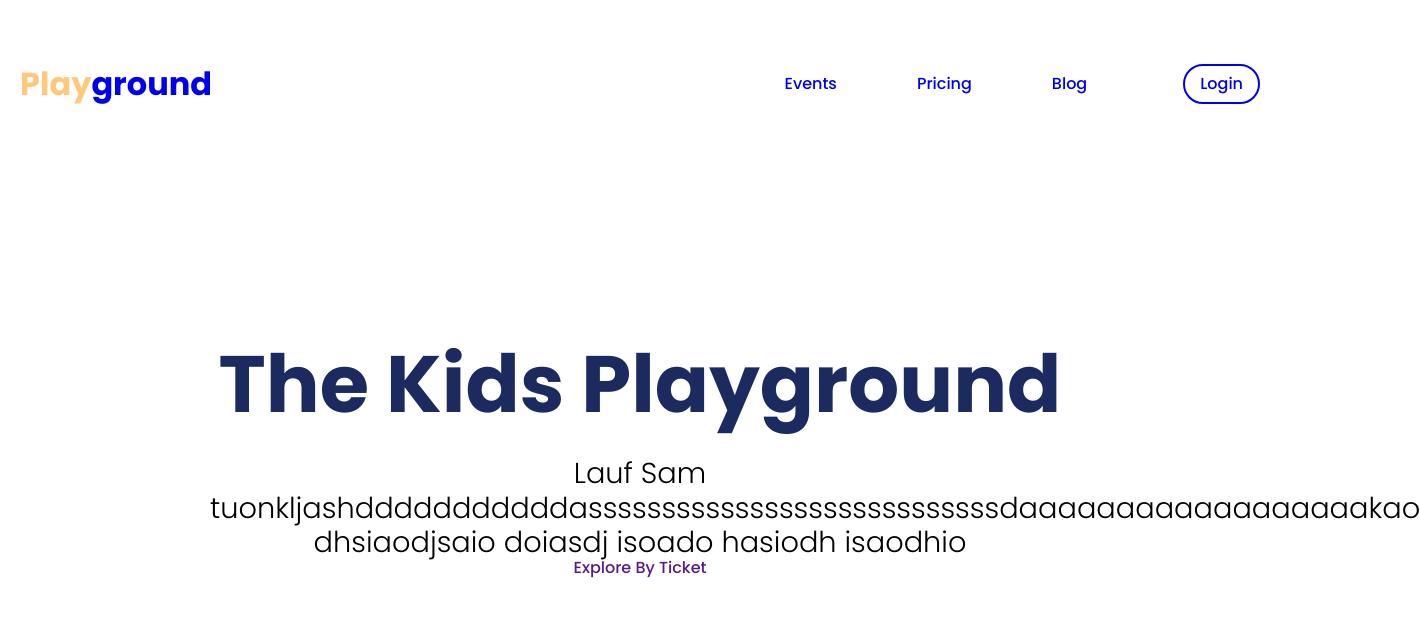
Repository: lausamtuong/Cut-psd-to-html
Page: index.html
An editor plug-in stored every save of this project. The page is shown before and after a run of saves, followed by the edit.
The browser window is 1280 px wide. The page is 1420 px wide, then 1280 px, then 1420 px, so the pictures cover 1420 px, including what lies to the right of the window. The pictures show the whole page.
The style sheet was rebuilt from its Sass, Less or Tailwind sources for each picture, by a compiler version that may differ from the author's.

Above is the page before, as saved 2021-12-06 15:40:30.

### index.html
<!DOCTYPE html>
<html lang="en">
<head>
    <meta charset="UTF-8">
    <meta http-equiv="X-UA-Compatible" content="IE=edge">
    <meta name="viewport" content="width=device-width, initial-scale=1.0">

    <title>Document</title>
    <link rel="stylesheet" href="style.css">
    <link rel="stylesheet" href="reset.css">
    <link href="https://fonts.googleapis.com/css2?family=Lato:ital,wght@1,700;1,900&family=Poppins:wght@300;500;700&display=swap" rel="stylesheet">

</head>
<body>
    <div class="wrapper">
        <header class="header">
            <div class="container header__iner">
                <a href="index.html" class="logo">
                    <span class="logo__text">Play</span>ground
                </a>
                <nav class="header__menu">
                    <ul class="header__menu-list">
                        <li class="header__menu-item">
                            <a href="#" class="header__menu-link">Events</a>
                        </li>
                        <li class="header__menu-item">
                            <a href="#" class="header__menu-link">Pricing</a>
                        </li>
                        <li class="header__menu-item">
                            <a href="#" class="header__menu-link">Blog</a>
                        </li>
                        <li class="header__menu-item">
                            <a href="#" class="header__menu-link header__menu-login">Login</a>
                        </li>
                    </ul>
                </nav>
            </div>
        </header>
        <section class="banner">
            <div class="container">
                <h1 class="banner__headding">
                    The Kids Playground
                </h1>
                <p class="banner__decs">Lauf Sam tuonkljashdddddddddddassssssssssssssssssssssssssssdaaaaaaaaaaaaaaaaaakao dhsiaodjsaio doiasdj isoado hasiodh isaodhio</p>
                <div class="banner__buttons">
                    <a href="" class="btn">Explore</a>
                    <a href="" class="btn">By Ticket</a>
                </div>
            </div>
        </section>
    </div>
</body>
</html>

### reset.css
/* http://meyerweb.com/eric/tools/css/reset/
   v2.0 | 20110126
   License: none (public domain)
*/

html, body, div, span, applet, object, iframe,
h1, h2, h3, h4, h5, h6, p, blockquote, pre,
a, abbr, acronym, address, big, cite, code,
del, dfn, em, img, ins, kbd, q, s, samp,
small, strike, strong, sub, sup, tt, var,
b, u, i, center,
dl, dt, dd, ol, ul, li,
fieldset, form, label, legend,
table, caption, tbody, tfoot, thead, tr, th, td,
article, aside, canvas, details, embed,
figure, figcaption, footer, header, hgroup,
menu, nav, output, ruby, section, summary,
time, mark, audio, video {
	margin: 0;
	padding: 0;
	border: 0;
	font-size: 100%;
	font: inherit;
	vertical-align: baseline;
    font-family: "Poppins",sans-serif;
}
/* HTML5 display-role reset for older browsers */
article, aside, details, figcaption, figure,
footer, header, hgroup, menu, nav, section {
	display: block;
}
body {
	line-height: 1;
}
ol, ul {
	list-style: none;
}
blockquote, q {
	quotes: none;
}
blockquote:before, blockquote:after,
q:before, q:after {
	content: '';
	content: none;
}
table {
	border-collapse: collapse;
	border-spacing: 0;
}

### style.scss
$primary-color:#ffc87a;
$text-color:#1b2b5f;
a{
    text-decoration: none;
}
.container{
    padding: 0 20px;
    max-width: 1500px;
    margin: 0 auto;

}
.header{
    padding-top: 4rem;
    &__iner{
        display: flex;
        justify-content:space-between;
        align-items: center;

    }
    &__menu{
        &-list{
        display: flex;
        align-items: center;
        }
        &-item{
            margin-left: 5rem;
            &:last-child{
                margin-left: 6rem;
            }
        }
        &-link{
            font-size: 16px;
            &:hover{
                color:$primary-color;
                transition:  0.3s linear;
            }
        }
        &-login{
            padding: 10px 15px;
            display:inline-block;
            border:2px solid;
            border-radius: 100rem;
        }
    }
}
.logo{
font-size: 2rem;
font-weight: 600;
&:focus{
    color: $text-color;
}
&__text{
    color:$primary-color
}
}
.banner{
    padding-top:15rem;
    max-width: 900px;
    margin: 0 auto;
    text-align: center;
    &__headding{
        font-size: 5rem;
        color:$text-color;
        font-weight: 900;
        margin-bottom: 2rem;

    }
    &__decs{
        font-size: 1.8rem;
        font-weight: 300;
        line-height: 1.2;
    }
}

After the next 2 saves:
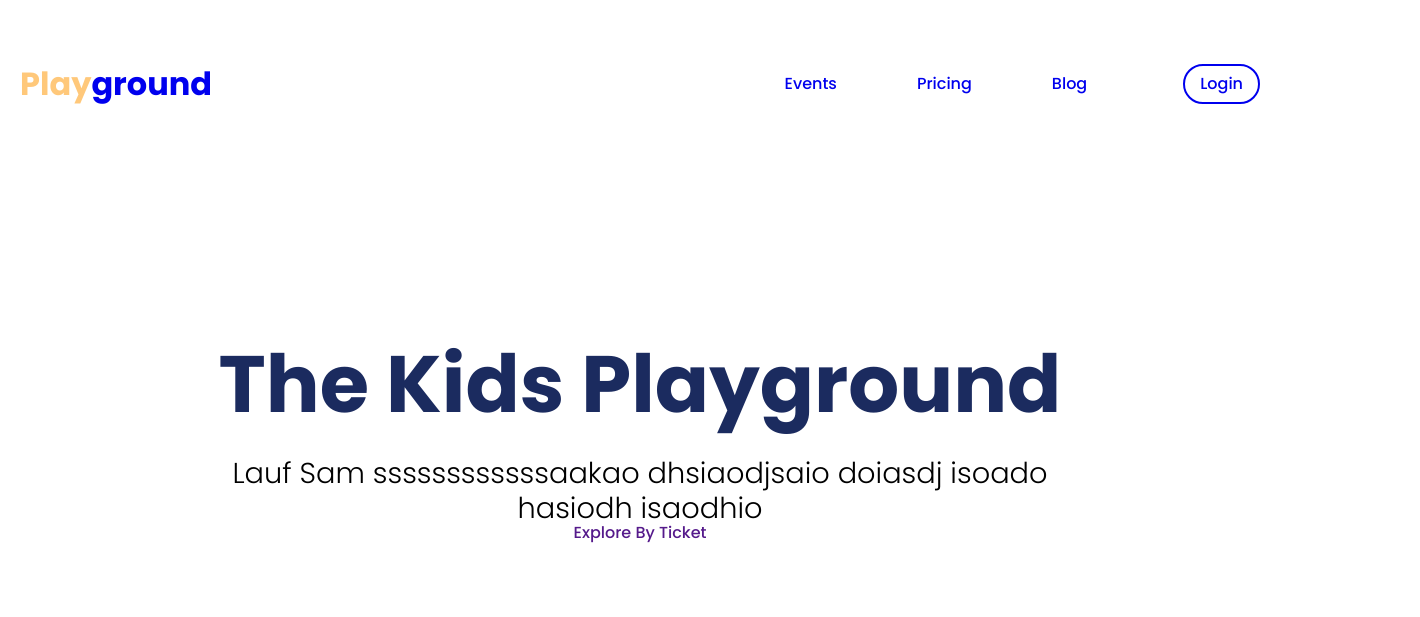
The 2 saves are shown as one change because they came seconds apart.
The last was saved 8 s later.
--- a/index.html
+++ b/index.html
@@ -41,7 +41,7 @@
                 <h1 class="banner__headding">
                     The Kids Playground
                 </h1>
-                <p class="banner__decs">Lauf Sam tuonkljashdddddddddddassssssssssssssssssssssssssssdaaaaaaaaaaaaaaaaaakao dhsiaodjsaio doiasdj isoado hasiodh isaodhio</p>
+                <p class="banner__decs">Lauf Sam ssssssssssssaakao dhsiaodjsaio doiasdj isoado hasiodh isaodhio</p>
                 <div class="banner__buttons">
                     <a href="" class="btn">Explore</a>
                     <a href="" class="btn">By Ticket</a>

After the save that followed:
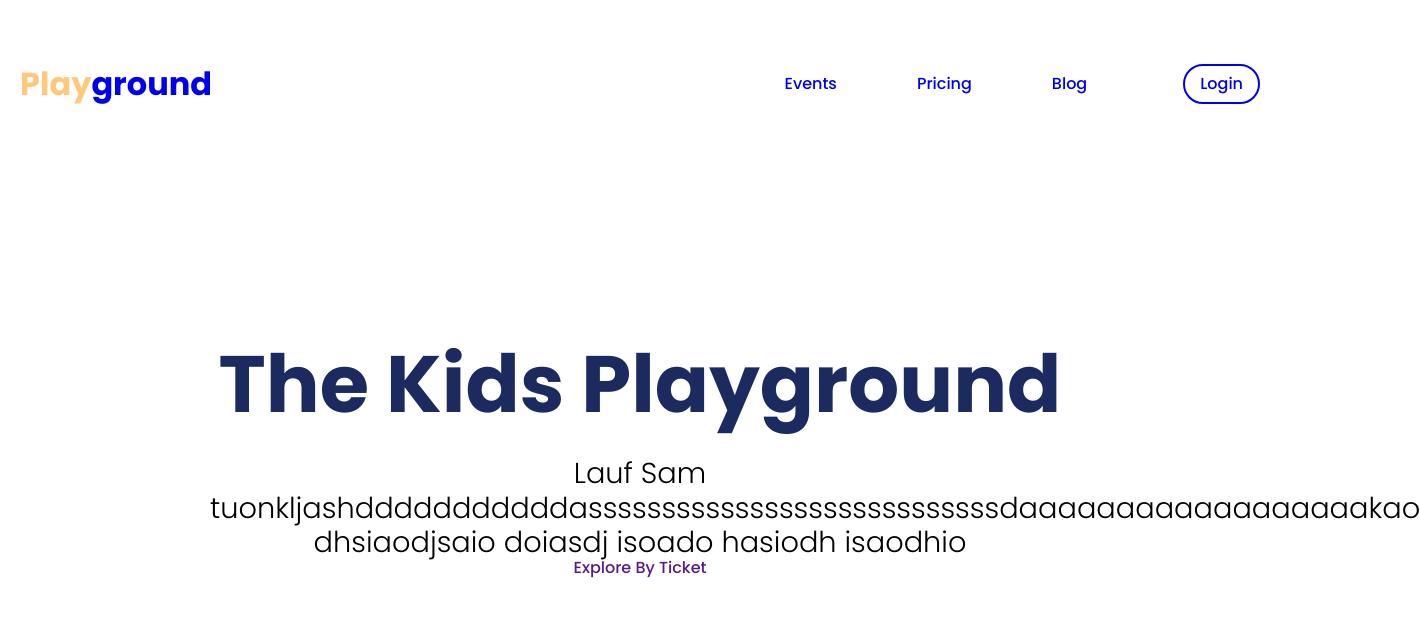
Saved 6 s later.
--- a/index.html
+++ b/index.html
@@ -41,7 +41,7 @@
                 <h1 class="banner__headding">
                     The Kids Playground
                 </h1>
-                <p class="banner__decs">Lauf Sam ssssssssssssaakao dhsiaodjsaio doiasdj isoado hasiodh isaodhio</p>
+                <p class="banner__decs">Lauf Sam tuonkljashdddddddddddassssssssssssssssssssssssssssdaaaaaaaaaaaaaaaaaakao dhsiaodjsaio doiasdj isoado hasiodh isaodhio</p>
                 <div class="banner__buttons">
                     <a href="" class="btn">Explore</a>
                     <a href="" class="btn">By Ticket</a>
